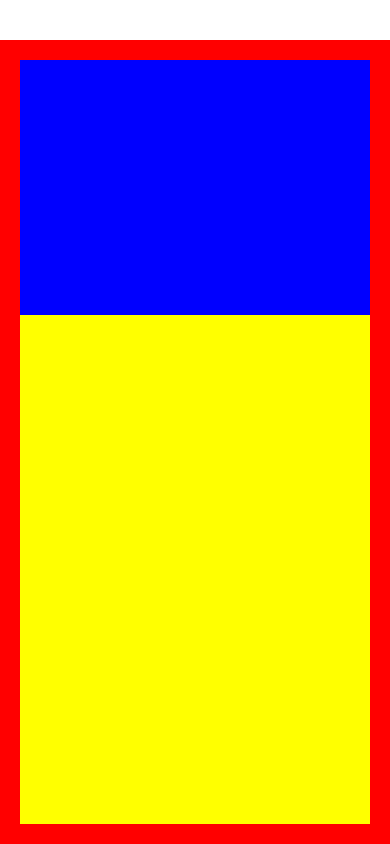
Repository: akinmiday/ReactNativeApp
Screen: /
The author's editor kept a copy of each file at every save. The screen is drawn from the files as they stood at one save, then again after the next save.
The app was drawn by React Native's web renderer in a window 390 px wide. The project was rebuilt for these pictures with package versions that can differ from the ones it lists, and the page was loaded fresh each time.

Above is the screen before, as saved 2023-08-03 18:47:50.

After the next save:
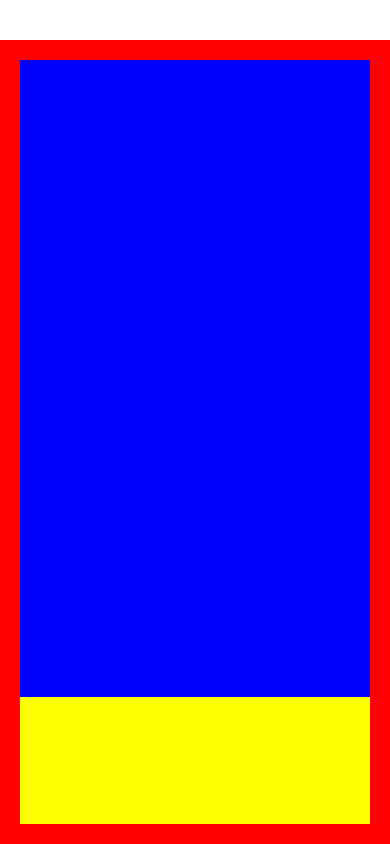
Saved 33 s later.
--- a/App.js
+++ b/App.js
@@ -16,7 +16,7 @@ export default function App() {
 
   return (
     <View style={container}>
-      <View style={{ backgroundColor: "blue", flex: 1 }}></View>
+      <View style={{ backgroundColor: "blue", flex: 10 }}></View>
       <View style={{ backgroundColor: "yellow", flex: 2 }}></View>
     </View>
   );
